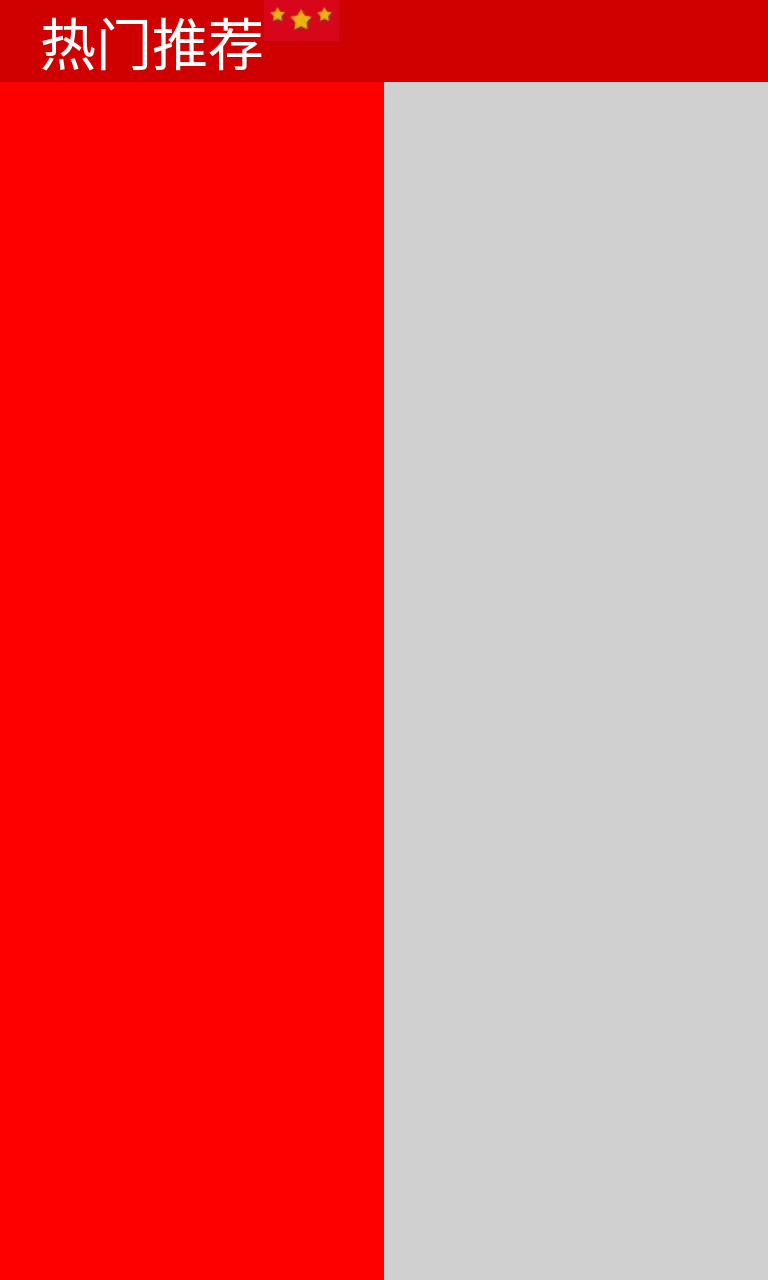
Repository: hhxiaojQCS/QCS_ListView
Layout: QCS/res/layout/activity_filter.xml
An editor plug-in stored every save of this project. The layout is shown before and after the next save, followed by the edit.
It is drawn on a 768 x 1280 px phone screen (xhdpi) without system bars, with theme AppTheme; the app's code is not run. Lists and similar views that code fills are empty.

Above is the layout before, as saved 2013-08-07 07:48:49.

### QCS/res/layout/activity_filter.xml
<?xml version="1.0" encoding="utf-8"?>
<LinearLayout xmlns:android="http://schemas.android.com/apk/res/android"
    android:id="@+id/lilay01"
    android:layout_width="fill_parent"
    android:layout_height="fill_parent"
    android:background="#d0d0d0"
    android:orientation="vertical" >

       <LinearLayout
            android:layout_width="fill_parent"
            android:layout_height="wrap_content"
            android:background="#CE0000"
            android:gravity="left"
            android:orientation="horizontal"
            android:paddingLeft="20dip" >

            <TextView
                android:id="@+id/tv_01"
                android:layout_width="wrap_content"
                android:layout_height="wrap_content"
                android:text="热门推荐"
                android:textColor="#FFFFFF"
                android:textSize="28sp" />

            <ImageView
                android:id="@+id/imgv01"
                android:layout_width="wrap_content"
                android:layout_height="wrap_content"
                android:src="@drawable/xx" />
        </LinearLayout>
    <LinearLayout
        android:id="@+id/lilay_filter_01"
        android:layout_width="match_parent"
        android:layout_height="match_parent"

        android:orientation="horizontal" >

    <LinearLayout
        android:id="@+id/lilay_filter_02"
        android:layout_width="match_parent"
        android:layout_height="match_parent"
        android:layout_weight="4"
        android:background="#FF0000"
        android:orientation="vertical" >
    </LinearLayout>

    <LinearLayout
        android:id="@+id/lilay_filter_03"
        android:layout_width="match_parent"
        android:layout_height="match_parent"
        android:layout_weight="4"
        android:orientation="vertical" >



        <ListView
            android:id="@+id/lv01"
            android:layout_width="wrap_content"
            android:layout_height="wrap_content" />
    </LinearLayout>
     </LinearLayout>

</LinearLayout>

Loaded but not shown: QCS/res/values/styles.xml (common file); QCS/res/values-v11/styles.xml (common file); QCS/res/values-v14/styles.xml (common file)

After the next save:
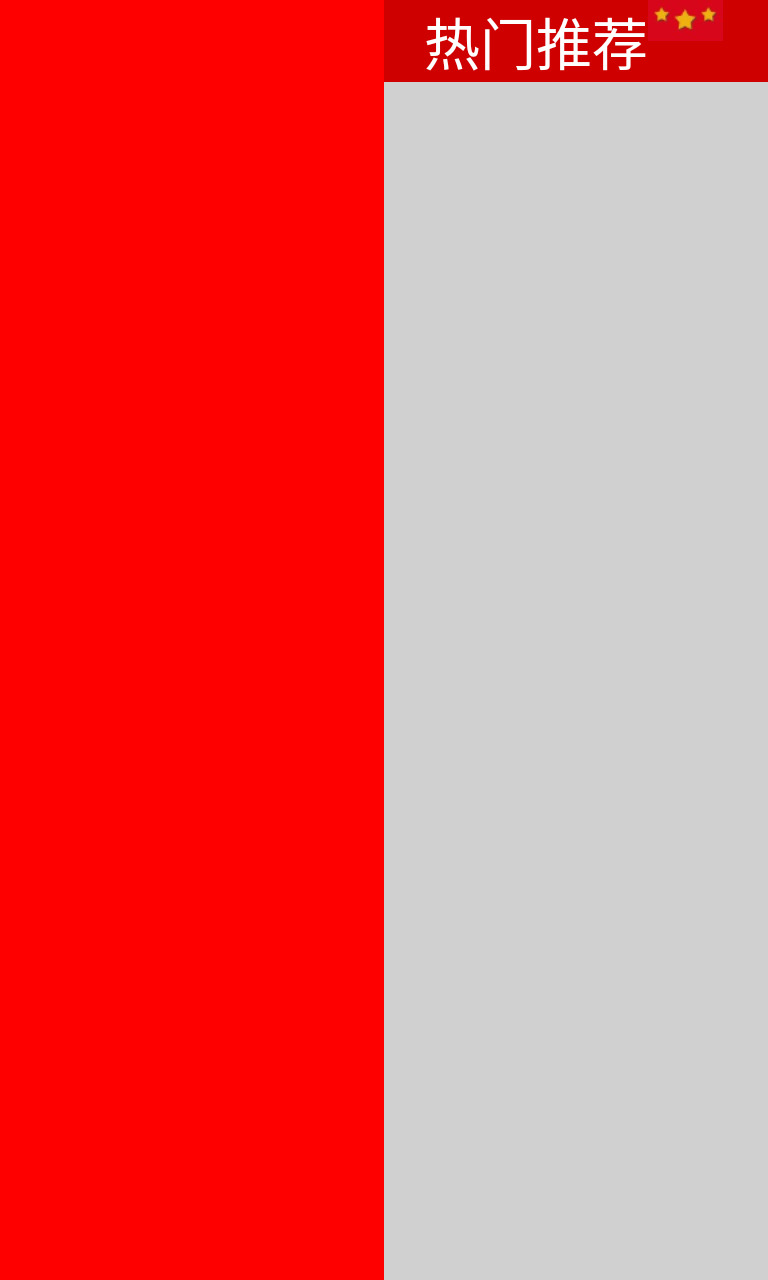
Saved 55 s later.
--- a/QCS/res/layout/activity_filter.xml
+++ b/QCS/res/layout/activity_filter.xml
@@ -4,9 +4,25 @@
     android:layout_width="fill_parent"
     android:layout_height="fill_parent"
     android:background="#d0d0d0"
-    android:orientation="vertical" >
+    android:orientation="horizontal" >
 
-       <LinearLayout
+    <LinearLayout
+        android:id="@+id/lilay_filter_01"
+        android:layout_width="match_parent"
+        android:layout_height="match_parent"
+        android:layout_weight="4"
+        android:background="#FF0000"
+        android:orientation="vertical" >
+    </LinearLayout>
+
+    <LinearLayout
+        android:id="@+id/lilay_filter_02"
+        android:layout_width="match_parent"
+        android:layout_height="match_parent"
+        android:layout_weight="4"
+        android:orientation="vertical" >
+
+        <LinearLayout
             android:layout_width="fill_parent"
             android:layout_height="wrap_content"
             android:background="#CE0000"
@@ -28,36 +44,11 @@
                 android:layout_height="wrap_content"
                 android:src="@drawable/xx" />
         </LinearLayout>
-    <LinearLayout
-        android:id="@+id/lilay_filter_01"
-        android:layout_width="match_parent"
-        android:layout_height="match_parent"
-
-        android:orientation="horizontal" >
-
-    <LinearLayout
-        android:id="@+id/lilay_filter_02"
-        android:layout_width="match_parent"
-        android:layout_height="match_parent"
-        android:layout_weight="4"
-        android:background="#FF0000"
-        android:orientation="vertical" >
-    </LinearLayout>
-
-    <LinearLayout
-        android:id="@+id/lilay_filter_03"
-        android:layout_width="match_parent"
-        android:layout_height="match_parent"
-        android:layout_weight="4"
-        android:orientation="vertical" >
-
-
 
         <ListView
             android:id="@+id/lv01"
             android:layout_width="wrap_content"
             android:layout_height="wrap_content" />
     </LinearLayout>
-     </LinearLayout>
 
 </LinearLayout>
